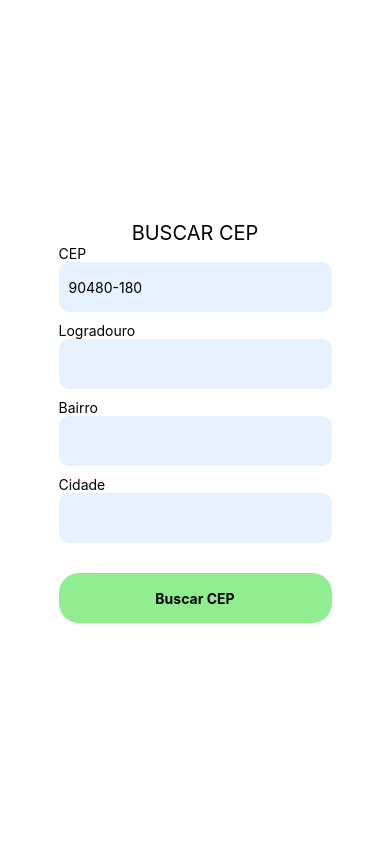
Repository: GustavoMSevero/registerCep
Page: /
An editor plug-in stored every save of this project. The page is shown before and after the next save, followed by the edit.
The browser window is 390 px wide. The pictures show the whole page.
The app was drawn by React Native's web renderer in a window 390 px wide. The project was rebuilt for these pictures with package versions that can differ from the ones it lists, and the page was loaded fresh each time.

Above is the page before, as saved 2024-09-16 13:52:02.

After the next save:
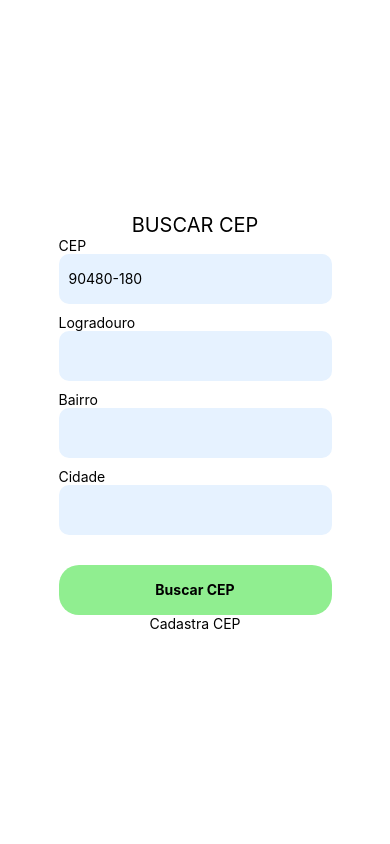
Saved 77 s later.
--- a/App.js
+++ b/App.js
@@ -62,7 +62,12 @@ export default function App() {
         >
           <Text style={styles.textButton}>Buscar CEP</Text>
         </TouchableOpacity>
-
+        <TouchableOpacity
+          style={styles.buttonCadastra}
+          onPress={getCep}
+        >
+          <Text style={styles.textButtonCadastra}>Cadastra CEP</Text>
+        </TouchableOpacity>
       <StatusBar style="auto" />
     </View>
   );
